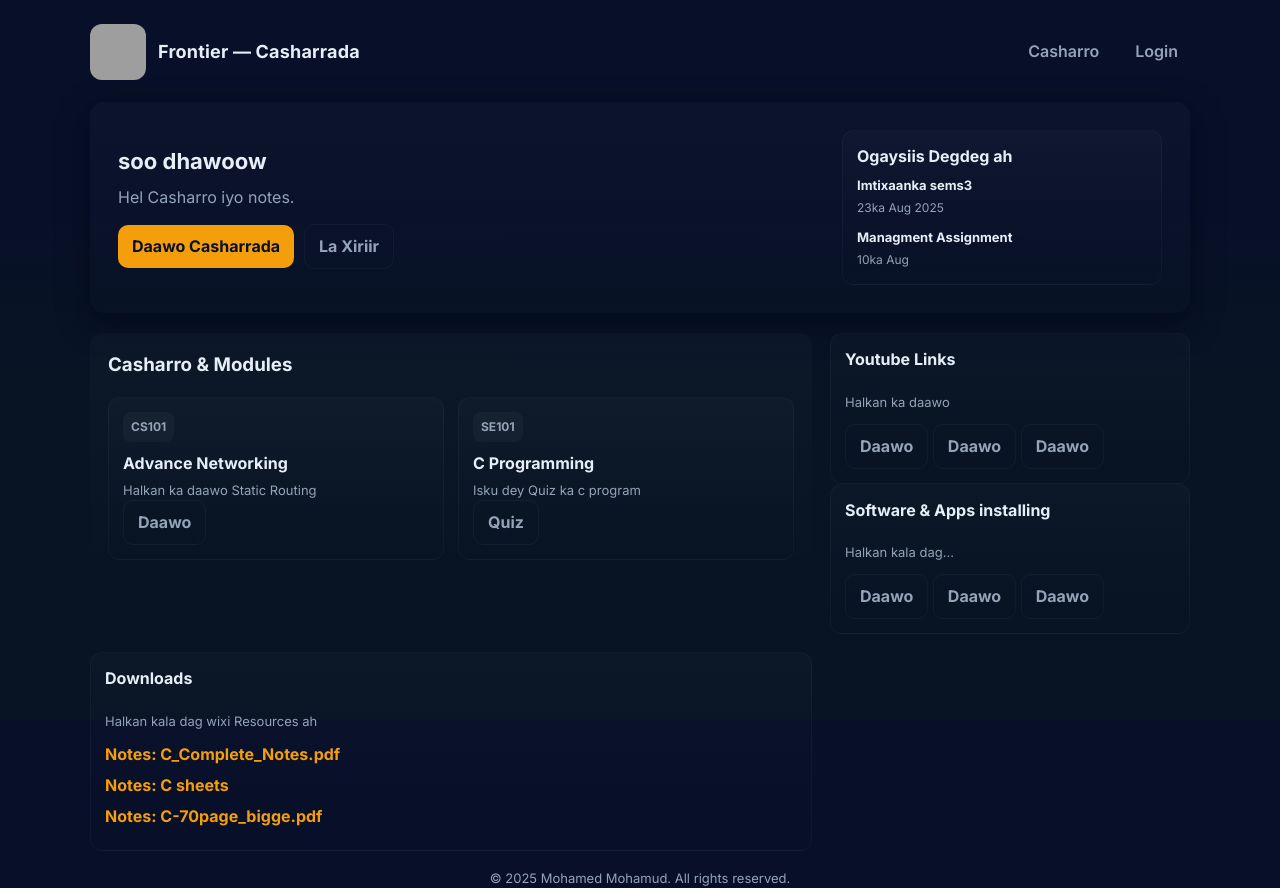
Repository: mrfiiqane/Al-Tacaawun.com
Page: index.html
An editor plug-in stored every save of this project. The page is shown before and after the next save, followed by the edit.
The browser window is 1280 px wide. The pictures show the whole page.
Pictures or frames that could not be fetched are drawn as grey boxes.

Above is the page before, as saved 2025-08-12 08:27:41.

### index.html
<!doctype html>
<html lang="en">
<head>
  <meta charset="utf-8" />
  <meta name="viewport" content="width=device-width,initial-scale=1" />
  <title>Jaamacadda — Casharrada</title>
  <link rel="stylesheet" href="./style.css">

  <!-- Google Font (optional) -->
  <link href="https://fonts.googleapis.com/css2?family=Inter:wght@300;400;600;700&display=swap" rel="stylesheet">

</head>
<body>
  <div class="wrap">

    <header>
      <div class="brand">
        <div class="logo"></div>
        <div>
          <h1 class="site-title">Frontier — Casharrada</h1>
        </div>
      </div>

      <nav aria-label="Primary">
        <a href="#courses">Casharro</a>
        <a href="./Singin.html">Login</a>
      </nav>
    </header>

    <section class="hero">
      <div class="hero-left">

        <h2>soo dhawoow</h2>
        <p>Hel Casharro iyo notes.</p>

        <div class="cta-row">
          <a class="btn" href="#courses">Daawo Casharrada</a>
          <a class="btn secondary" href="#contact">La Xiriir</a>
        </div>
      </div>

      <div class="hero-right card">
        <h4 style="margin:0 0 8px 0">Ogaysiis Degdeg ah</h4>
        <ul class="ann-list">
          <li class="ann"><div><b>Imtixaanka sems3</b><small> 23ka Aug 2025</small></div></li>
          <li class="ann"><div><b>Managment Assignment</b><small> 10ka Aug</small></div></li>
        </ul>
      </div>
    </section>

    <div class="grid">
      <main>
        <!-- Courses -->
        <div id="courses" class="section">
          <h3 style="margin-top:0">Casharro & Modules</h3>
          <div class="courses">
            <article class="course">
              <span class="code">CS101</span>
              <h3>Advance Networking</h3>
              <p>Halkan ka daawo Static Routing</p>
              <a class="btn secondary" href="https://youtu.be/i_kWL7zncr0?si=UCBDJ3CswC6rXT9E" >Daawo</a>
            </article>
            <article class="course">
              <span class="code">SE101</span>
              <h3>C Programming</h3>
              <p>Isku dey Quiz ka c program</p>
              <a class="btn secondary" href="https://quiz-with-c.vercel.app/" >Quiz</a>
            </article>



          </div>
        </div>



      </main>

      <!-- Sidebar -->
      <aside>
        <div class="card">
          <h4 style="margin-top:0">Youtube Links</h4>
          <p class="site-sub">Halkan ka daawo</p>
          <ul style="margin:12px 0 0 0; padding:0; list-style:none;">
            <a class="btn secondary" href="https://youtu.be/eYBJgoVVvV4" >Daawo</a>
            <a class="btn secondary" href="https://youtu.be/OuTGAZUUJFI" >Daawo</a>
            <a class="btn secondary" href="https://youtu.be/sqkx3KoNXKo" >Daawo</a>
          </ul>
        </div>
        <div class="card">
          <h4 style="margin-top:0">Software & Apps installing</h4>
          <p class="site-sub">Halkan kala dag...</p>
          <ul style="margin:12px 0 0 0; padding:0; list-style:none;">
            <a class="btn secondary" href="https://youtu.be/eYBJgoVVvV4" >Daawo</a>
            <a class="btn secondary" href="https://youtu.be/OuTGAZUUJFI" >Daawo</a>
            <a class="btn secondary" href="https://youtu.be/sqkx3KoNXKo" >Daawo</a>
          </ul>
        </div>

      </aside>
      <aside>
        <div class="card">
          <h4 style="margin-top:0">Downloads</h4>
          <p class="site-sub">Halkan kala dag wixi Resources ah</p>
          <ul style="margin:12px 0 0 0; padding:0; list-style:none;">
            <li style="margin-bottom:8px"><a href="./images/C_Complete_Notes.pdf" download="" style="color:var(--accent); text-decoration:none; font-weight:700">Notes: C_Complete_Notes.pdf</a></li>
            <li style="margin-bottom:8px"><a href="./images/cheat_sheet_c.pdf" download="" style="color:var(--accent); text-decoration:none; font-weight:700">Notes: C sheets</a></li>
            <li style="margin-bottom:8px"><a href="./images/C-70page-begginers.pdf" download="" style="color:var(--accent); text-decoration:none; font-weight:700">Notes: C-70page_bigge.pdf</a></li>
          </ul>
        </div>

      </aside>
    </div>

    <footer>
      © <span id="year"></span> 2025 Mohamed Mohamud. All rights reserved.
    </footer>

  </div>
</body>
</html>

### style.css
:root{
      --bg:#0f1724;
      --card:#0b1220;
      --accent:#F59E0B;
      --muted:#94a3b8;
      --glass: rgba(255,255,255,0.04);
      --radius:14px;
      --maxw:1100px;
      font-family: "Inter", system-ui, -apple-system, "Segoe UI", Roboto, "Helvetica Neue", Arial;
    }
    *{box-sizing:border-box}
    html,body{height:100%}
    body{
      margin:0;
      background: linear-gradient(180deg,#071028 30%, #081424 50%);
      color:#e6eef8;
      -webkit-font-smoothing:antialiased;
      -moz-osx-font-smoothing:grayscale;
      line-height:1.45;
      padding:24px;
      display:flex;
      justify-content:center;
    }
    .wrap{
      width:100%;
      max-width:var(--maxw);
    }

    /* Header */
    header{
      display:flex;
      align-items:center;
      justify-content:space-between;
      gap:16px;
      margin-bottom:22px;
    }
    .brand{
      display:flex;
      align-items:center;
      gap:12px;
    }
    .logo{
      background-image: url('https://encrypted-tbn0.gstatic.com/images?q=tbn:ANd9GcTuMOF6fEdt8Zlo2HOTVPE4MufJVdZzyfTKlA&s');
      background-size:cover;
      background-position:center;
      background-repeat:no-repeat;
      width:56px;
      height:56px;
      border-radius:12px;
      display:flex;
      align-items:center;
      justify-content:center;
      font-weight:700;
      font-size:20px;
    }
    h1.site-title{
      margin:0;
      font-size:18px;
      letter-spacing:0.2px;
    }
    p.site-sub{ margin:0; color:var(--muted); font-size:13px }

    nav{
      display:flex;
      gap:12px;
      align-items:center;
    }
    nav a{
      color:var(--muted);
      text-decoration:none;
      font-weight:600;
      padding:8px 12px;
      border-radius:10px;
    }
    nav a:hover{ color:#fff; background:var(--glass) }

    /* Hero */
    .hero{
      background: linear-gradient(180deg, rgba(255,255,255,0.02), transparent);
      border-radius: var(--radius);
      padding:28px;
      display:flex;
      gap:24px;
      align-items:center;
      margin-bottom:20px;
      box-shadow: 0 10px 30px rgba(2,6,23,0.6);
    }
    .hero-left{flex:1}
    .hero-right{ width:320px; min-width:220px }
    .hero h2{ margin:0 0 8px 0; font-size:22px }
    .hero p{ margin:0 0 14px 0; color:var(--muted) }

    .cta-row{ display:flex; gap:10px; align-items:center }
    .btn{
      background:var(--accent);
      color:#081028;
      padding:10px 14px;
      border-radius:10px;
      font-weight:700;
      border:none;
      cursor:pointer;
      text-decoration:none;
      display:inline-block;
    }
    .btn.secondary{
      background:transparent;
      color:var(--muted);
      border:1px solid rgba(255,255,255,0.04);
    }

    /* Grid */
    .grid{
      display:grid;
      gap:18px;
      grid-template-columns: 1fr 360px;
    }

    /* Main content */
    main{ background:transparent }
    .section{
      background: linear-gradient(180deg, rgba(255,255,255,0.02), transparent);
      padding:18px;
      border-radius:12px;
      margin-bottom:16px;
    }

    /* Courses */
    .courses{
      display:grid;
      grid-template-columns: repeat(auto-fit,minmax(230px,1fr));
      gap:14px;
    }
    .course{
      background:linear-gradient(180deg, rgba(255,255,255,0.02), transparent);
      padding:14px;
      border-radius:12px;
      border:1px solid rgba(255,255,255,0.03);
      transition:transform .18s ease, box-shadow .18s ease;
    }
    .course:hover{ transform:translateY(-6px); box-shadow:0 12px 30px rgba(2,6,23,0.6) }
    .code{
      display:inline-block;
      background:rgba(255,255,255,0.03);
      padding:6px 8px;
      border-radius:8px;
      color:var(--muted);
      font-weight:700;
      font-size:12px;
    }
    .course h3{ margin:10px 0 6px 0; font-size:16px }
    .course p{ margin:0; color:var(--muted); font-size:13px }

    /* Sidebar cards */
    .card{
      background: linear-gradient(180deg, rgba(255,255,255,0.02), transparent);
      padding:14px;
      border-radius:12px;
      border:1px solid rgba(255,255,255,0.03);
    }
    .ann-list{ list-style:none; margin:0; padding:0; display:flex; flex-direction:column; gap:10px }
    .ann{
      display:flex; gap:10px; align-items:flex-start;
    }
    .ann b{ display:block; font-size:13px }
    .ann small{ color:var(--muted); font-size:12px }

    footer{
      margin-top:18px; text-align:center; color:var(--muted); font-size:13px;
    }

    /* Responsive */
    @media (max-width:768px){
    header{
      display:block;
      align-items:center;
      justify-content:space-around;
      gap:5px;
      margin-bottom:22px;
    }
    .hero, .grid{
      display: flex;
      flex-direction: column;
    }

    nav{
      gap:5px;
      justify-content: end;
    }
    .btn{
      padding:10px;
    }

    }

After the next save:
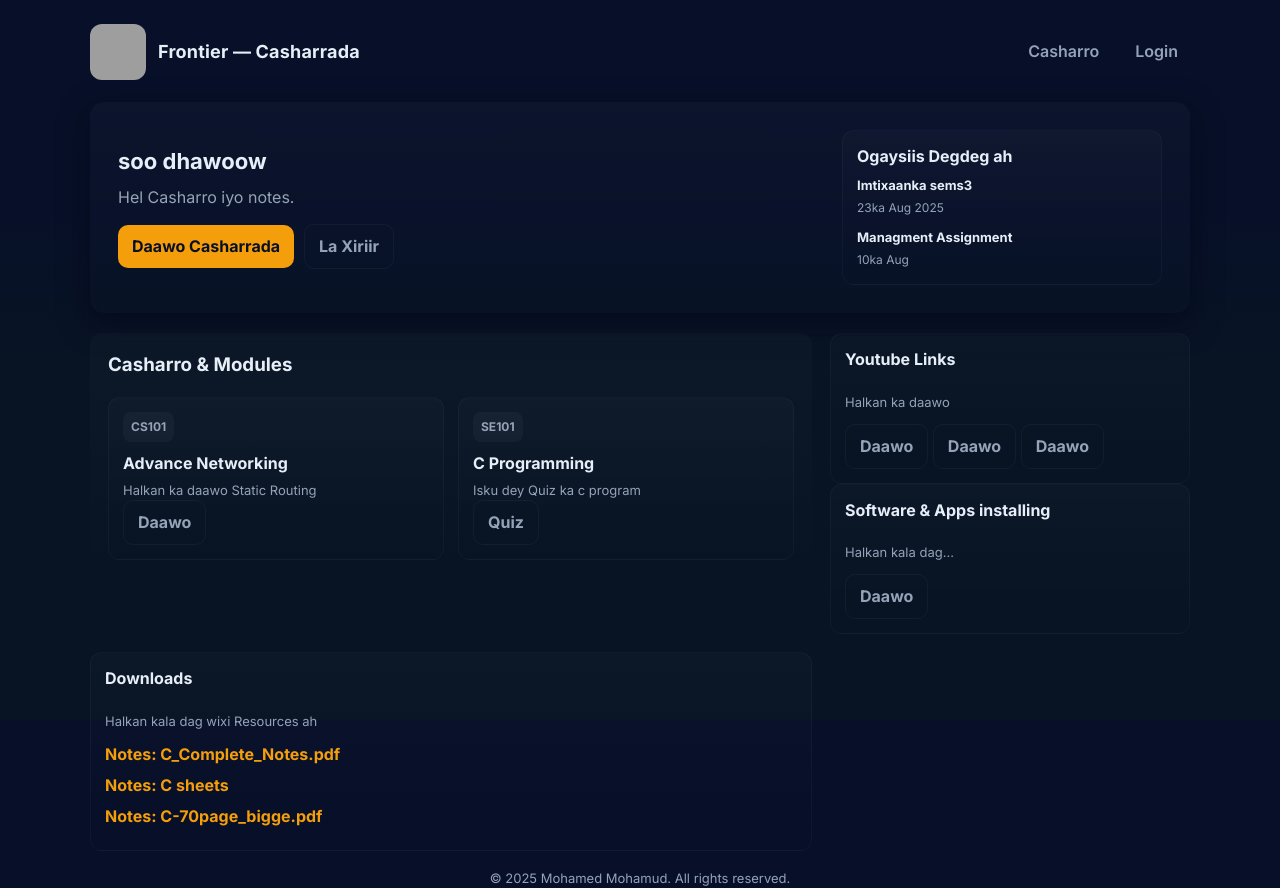
Saved 23 s later.
--- a/index.html
+++ b/index.html
@@ -92,8 +92,7 @@
           <p class="site-sub">Halkan kala dag...</p>
           <ul style="margin:12px 0 0 0; padding:0; list-style:none;">
             <a class="btn secondary" href="https://youtu.be/eYBJgoVVvV4" >Daawo</a>
-            <a class="btn secondary" href="https://youtu.be/OuTGAZUUJFI" >Daawo</a>
-            <a class="btn secondary" href="https://youtu.be/sqkx3KoNXKo" >Daawo</a>
+
           </ul>
         </div>
 
